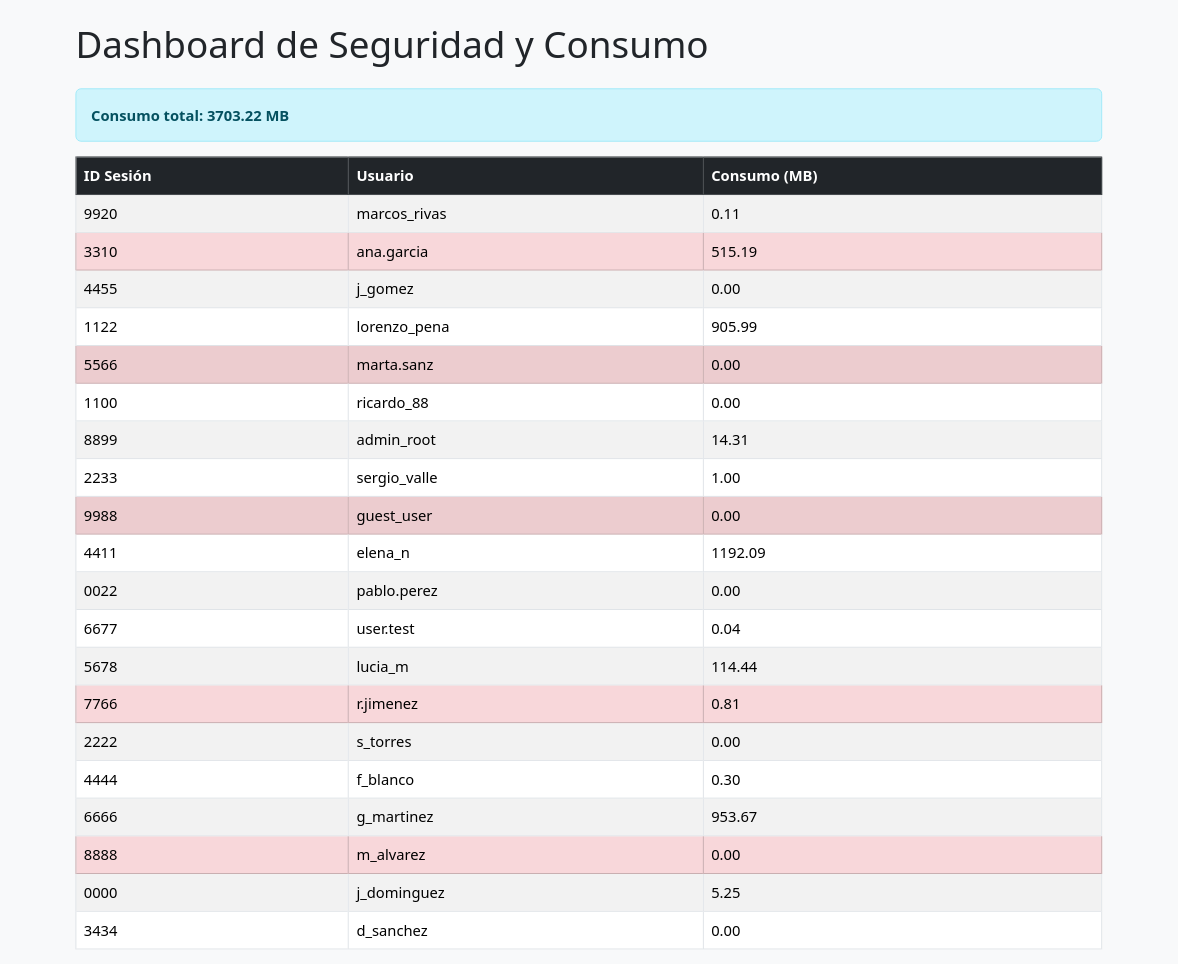
Repository: osoriomrs/DWEC
Page: EJER_16/Ejercicio1/index.html
An editor plug-in stored every save of this project. The page is shown before and after the next save, followed by the edit.
The browser window is 1280 px wide. The pictures show the whole page, at 92% of full size.

Above is the page before, as saved 2026-01-14 10:14:17.

### EJER_16/Ejercicio1/index.html
<!DOCTYPE html>
<html lang="es">
<head>
  <meta charset="UTF-8">
  <title>Dashboard Auditoría</title>
  <link href="https://cdn.jsdelivr.net/npm/bootstrap@5.3.2/dist/css/bootstrap.min.css" rel="stylesheet">
</head>
<body class="bg-light">

<div class="container mt-4">
  <h1 class="mb-4">Dashboard de Seguridad y Consumo</h1>

  <div id="total" class="alert alert-info fw-bold">
    <h2>Resumen Global</h2>
  </div>

  <table class="table table-bordered table-striped">
    <thead class="table-dark">
      <tr>
        <th>ID Sesión</th>
        <th>Usuario</th>
        <th>Consumo (MB)</th>
      </tr>
    </thead>
    <tbody id="tabla"></tbody>
  </table>
</div>

<script src="scripts/app.js"></script>
</body>
</html>

### EJER_16/Ejercicio1/scripts/app.js
const tabla = document.getElementById("tabla")
const totalDiv = document.getElementById("total")

async function cargarLogs() {
  try {
    const res = await fetch("data/logs.txt")
    if (!res.ok) throw new Error()
    const texto = await res.text()
    procesarLogs(texto)
  } catch {
    totalDiv.className = "alert alert-danger"
    totalDiv.textContent = "Error cargando el archivo de logs"
  }
}

function procesarLogs(texto) {
  const lineas = texto.split("\n")
  let totalMB = 0

  lineas.forEach(linea => {
    const limpia = linea.trim()
    if (!limpia) return

    const idParte = limpia.slice(limpia.indexOf("ID:") + 3, limpia.indexOf("|")).trim()
    const id = idParte.slice(idParte.indexOf("-") + 1)

    const usuario = limpia
      .slice(limpia.indexOf("user:") + 5, limpia.indexOf("| consumo"))
      .trim()
      .toLowerCase()

    const consumoStr = limpia
      .slice(limpia.indexOf("consumo:") + 8, limpia.indexOf("bytes"))
      .trim()

    const bytes = Number(consumoStr)
    const mb = bytes / 1024 / 1024
    totalMB += mb

    const error = limpia.includes("ERROR")

    const tr = document.createElement("tr")
    if (error) tr.classList.add("table-danger")

    tr.innerHTML = `
      <td>${id}</td>
      <td>${usuario}</td>
      <td>${mb.toFixed(2)}</td>
    `

    tabla.appendChild(tr)
  })

  totalDiv.textContent = `Consumo total: ${totalMB.toFixed(2)} MB`
}

cargarLogs()

After the next save:
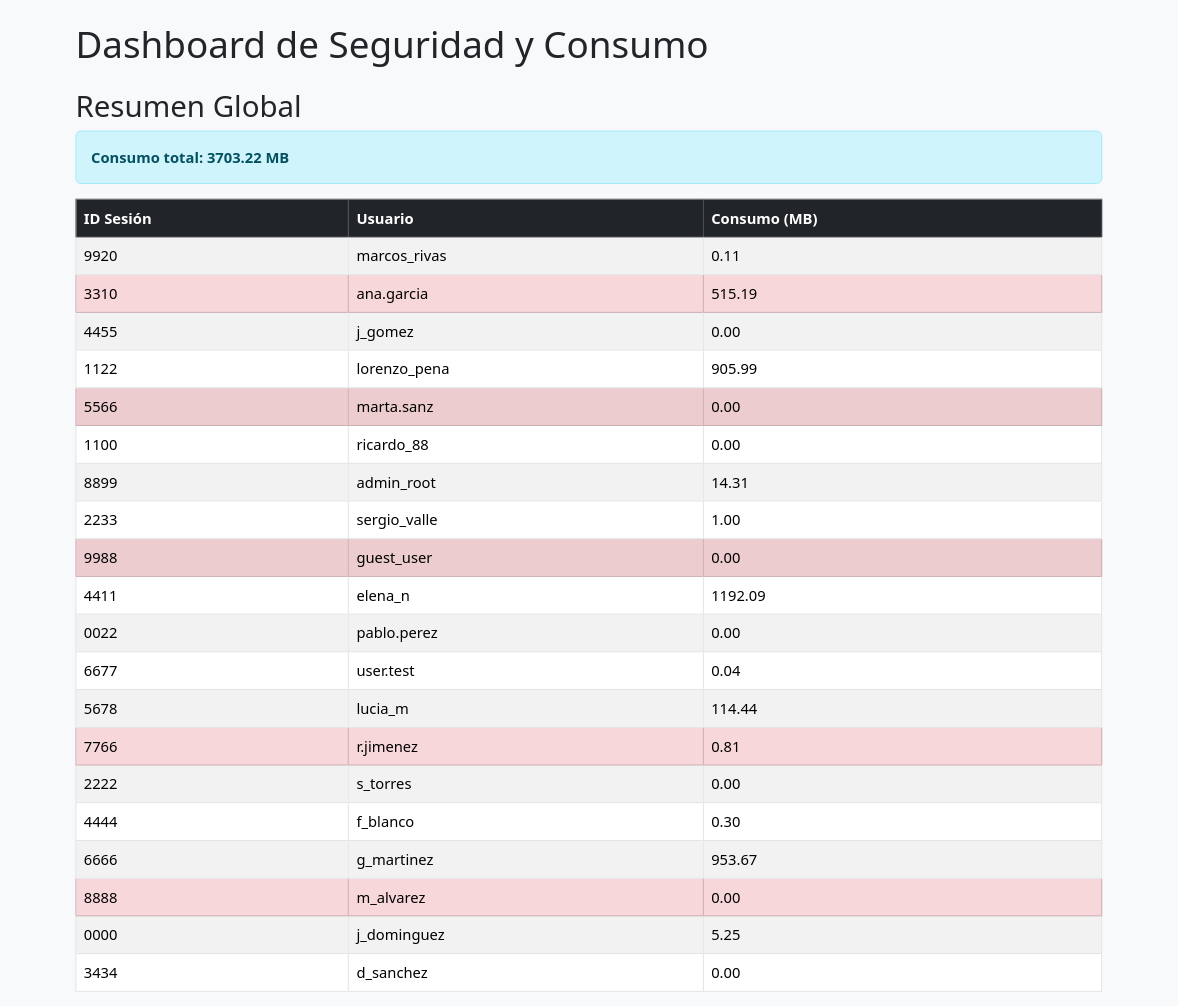
Saved 25 s later.
--- a/EJER_16/Ejercicio1/index.html
+++ b/EJER_16/Ejercicio1/index.html
@@ -9,10 +9,9 @@
 
 <div class="container mt-4">
   <h1 class="mb-4">Dashboard de Seguridad y Consumo</h1>
+  <h2>Resumen Global</h2>
 
-  <div id="total" class="alert alert-info fw-bold">
-    <h2>Resumen Global</h2>
-  </div>
+  <div id="total" class="alert alert-info fw-bold"></div>
 
   <table class="table table-bordered table-striped">
     <thead class="table-dark">
